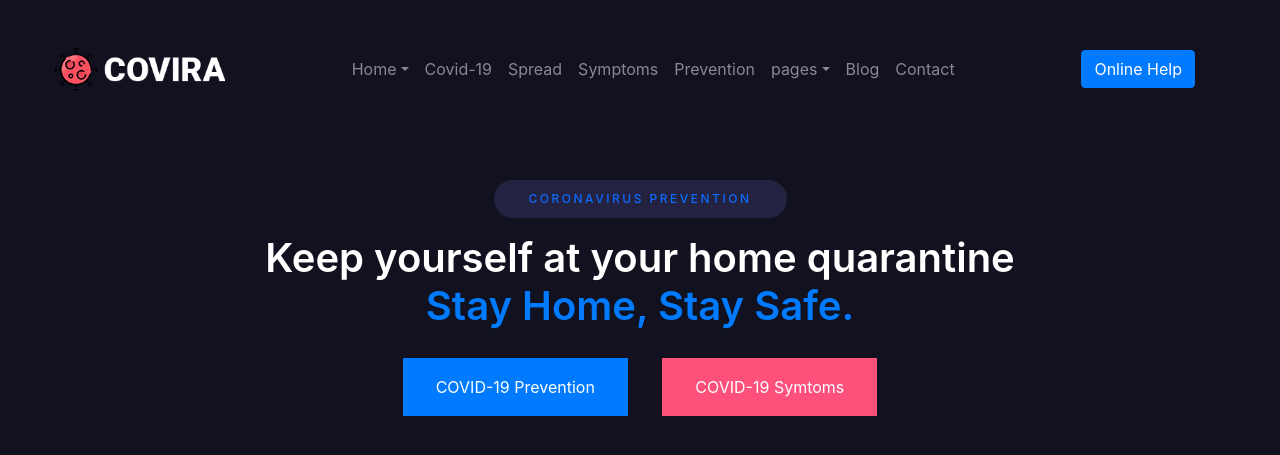
Repository: sitikhusushan/corona_updates
Page: index.html
The author's editor kept a copy of each file at every save. The page is drawn from the files as they stood at one save, then again after the next save.
The browser window is 1280 px wide. The pictures show the whole page.
The pointer rests on the first visible `.navbar .navbar-nav .nav-item`.

Above is the page before, as saved 2020-06-05 11:18:15.

### index.html
<!DOCTYPE html>
<html lang="en">
  <head>
    <meta charset="UTF-8" />
    <meta name="viewport" content="width=device-width, initial-scale=1.0" />
    <link rel="stylesheet" href="css/bootstrap.css" />
    <link rel="stylesheet" href="style.css" />
    <title>Covid-19</title>
  </head>
  <body>
    <header>
      <nav class="navbar navbar-expand-lg navbar-dark fix">
        <div class="container">
          <a class="logo" href="">
            <img src="image/logo-white.png" alt="coronavirus_logo"
          /></a>
          <!-- <div class="row">
          <div class="col-md-2 col-sm-2">
            <img src="image/logo-white.png" alt="coronavirus_logo" />
          </div>
          <div class="col-md-1 col-sm">
            <div class="dropdown">
              <button
                type="button"
                class="btn btn-danger dropdown-toggle"
                data-toggle="dropdown"
              >
                Home
              </button>
              <div class="dropdown-menu">
                <a class="dropdown-item" href="#">akjf</a>
                <a class="dropdown-item" href="#">alkdf</a>
                <a class="dropdown-item" href="#">akfjl</a>
                <a class="dropdown-item" href="#">ahdfjk</a>
                <a class="dropdown-item" href="#">ajlkdf</a>
                <a class="dropdown-item" href="#">kjahdf</a>
              </div>
            </div>
          </div>
          <div class="col-md-1 col-sm">
            COVID-19
          </div>
          <div class="col-md-1 col-sm">
            Spread
          </div>
          <div class="col-md-1 col-sm">
            Symptoms
          </div>
          <div class="col-md-1 col-sm">
            Prevention
          </div>
          <div class="col-md-1 col-sm">
            <div class="dropdown">
              <button
                type="button"
                class="btn btn-danger dropdown-toggle"
                data-toggle="dropdown"
              >
                Pages
              </button>
              <div class="dropdown-menu">
                <a class="dropdown-item" href="#"></a>
                <a class="dropdown-item" href="#"></a>
                <a class="dropdown-item" href="#"></a>
                <a class="dropdown-item" href="#"></a>
              </div>
            </div>
          </div>
          <div class="col-md-1 col-sm">Blog</div>
          <div class="col-md-1 col-sm">Contact</div>
          <div class="col-md-2 col-sm-2">
            <button class="btn btn-primary" type="button">Online Help</button>
          </div>
        </div> -->
          <div class="collapse navbar-collapse ">
            <ul class="navbar-nav mx-auto">
              <li class="nav-item dropdown">
                <a class="nav-link dropdown-toggle" href="#" data-toggle="dropdown" aria-expanded="false">Home</a>
                <div class="dropdown-menu">
                  <a class="dropdown-item" href="#">Home one</a>
                  <a class="dropdown-item" href="#">Home one dark</a>
                  <a class="dropdown-item" href="#">Home two</a>
                  <a class="dropdown-item" href="#">Home two dark</a>
                  <a class="dropdown-item" href="#">Home three</a>
                  <a class="dropdown-item" href="#">Home three dark</a>
                </div>
              </li>
              <li class="nav-item">
                <a class="nav-link" href="#">Covid-19</a>
              </li>
              <li class="nav-item">
                <a class="nav-link" href="#">Spread</a>
              </li>
              <li class="nav-item">
                <a class="nav-link" href="#">Symptoms</a>
              </li>
              <li class="nav-item">
                <a class="nav-link" href="#">Prevention</a>
              </li>
              <li class="nav-item dropdown">
                <a
                  class="nav-link dropdown-toggle"
                  href="#"
                  data-toggle="dropdown"
                  aria-expanded="false"
                  >pages</a
                >
                <div class="dropdown-menu">
                  <a class="dropdown-item" href="#">Blog</a>
                  <a class="dropdown-item" href="#">Article</a>
                  <a class="dropdown-item" href="#">Contact</a>
                  <a class="dropdown-item" href="#">Outbrek news</a>
                </div>
              </li>
              <li class="nav-item">
                <a class="nav-link" href="#">Blog</a>
              </li>
              <li class="nav-item">
                <a class="nav-link" href="#">Contact</a>
              </li>
            </ul>
          </div>
          <a class="onlinehelp" href="">
            <i class="fas fa-headset"></i>
            <button class="btn btn-primary" type="button">Online Help</button>
          </a>
        </div>
      </nav>
    </header>
    <div class="banner">
      <div class="container">
        <div class="prevention">
          <p class="pre">CORONAVIRUS PREVENTION</p>
          <h1>
            Keep yourself at your home quarantine <br />
            <span class="text-primary"> Stay Home, Stay Safe.</span>
          </h1>
          <div class="button">
            <!-- <div class="col-md-6">
              <button class="btn btn-primary" type="button">
                COVID-19 Prevention
              </button>
            </div>
            <div class="col-md">
              <button class="btn btn-danger" type="button">
                COVID-19 Symtoms
              </button> -->
              <a href="" class="btn btn-lg btn-primary">COVID-19 Prevention</a>
              <a href="" class="btn btn-lg btn-pink">COVID-19 Symtoms</a>
            </div>
          </div>
        </div>
      </div>
    </div>
  </body>
</html>
<script src="https://code.jquery.com/jquery-3.5.1.js"></script>
<script src="js/bootstrap.js"></script>

### style.css
body {
  background-color: #111120;
  /* color: #939fb2; */
}

.container {
  max-width: 1200px;
}

.fix {
  position: fixed;
  top: 0;
  right: 0;
  left: 0;
  /* z-index: 1030; */
  background-color: #111120;
  padding: 40px 0px;
}

.navbar .navbar-nav .nav-item a.nav-link:hover {
  color: hotpink;
}

.navbar .navbar-nav .nav-item .dropdown-menu a.dropdown-item:hover {
  background-color: hotpink;
}

.dropdown-menu {
  display: none;
  position: absolute;
  background-color: hotpink;
  z-index: 1;
}

.navbar .navbar-nav .nav-item:hover .dropdown-menu.dropdown-item {
  display: block;
}

.nav-item .nav-link a {
  font-weight: 500;
  padding: 8px 16px;
  margin-left: 2px;
  margin-right: 2px;
}

nav .container .logo img {
  max-width: 170px;
}

.banner {
  height: 100%;
  text-align: center;
  padding-top: 180px;
}

h1 {
  color: white;
  font-weight: 600;
  margin-bottom: 28px;
}

.btn-pink {
  color: white;
  background-color: #ff4f7b;
  border-color: #ff4f7b;
}

.btn-lg {
  padding: 1rem 2rem;
  font-size: 1rem;
  border-radius: 0px;
}

.btn-primary {
  margin-right: 30px;
}

.pre {
  font-size: 0.75rem;
  font-weight: 500;
  line-height: 1;
  letter-spacing: 2.5px;
  display: inline-block;
  border-radius: 800px;
  border: #232341 solid;
  background-color: #232341;
  color: #0d6bff;
  padding: 10px 32px;
  margin-bottom: 16px;
}

@font-face {
  font-family: "Barlow";
  src: url("font/Barlow-Black.woff2") format("woff2"),
    url("font/Barlow-Black.woff") format("woff"),
    url("font/Barlow-Black.svg#Barlow-Black") format("svg");
  font-weight: 900;
  font-style: normal;
}

@font-face {
  font-family: "Barlow";
  src: url("font/Barlow-Light.woff2") format("woff2"),
    url("font/Barlow-Light.woff") format("woff"),
    url("font/Barlow-Light.svg#Barlow-Light") format("svg");
  font-weight: 300;
  font-style: normal;
}

@font-face {
  font-family: "Barlow";
  src: url("font/Barlow-Medium.woff2") format("woff2"),
    url("font/Barlow-Medium.woff") format("woff"),
    url("font/Barlow-Medium.svg#Barlow-Medium") format("svg");
  font-weight: 500;
  font-style: normal;
}

@font-face {
  font-family: "Barlow";
  src: url("font/Barlow-ExtraBold.woff2") format("woff2"),
    url("font/Barlow-ExtraBold.woff") format("woff"),
    url("font/Barlow-ExtraBold.svg#Barlow-ExtraBold") format("svg");
  font-weight: 800;
  font-style: normal;
}

@font-face {
  font-family: "Barlow";
  src: url("font/Barlow-SemiBold.woff2") format("woff2"),
    url("font/Barlow-SemiBold.woff") format("woff"),
    url("font/Barlow-SemiBold.svg#Barlow-SemiBold") format("svg");
  font-weight: 600;
  font-style: normal;
}

@font-face {
  font-family: "Barlow";
  src: url("font/Barlow-Regular.woff2") format("woff2"),
    url("font/Barlow-Regular.woff") format("woff"),
    url("font/Barlow-Regular.svg#Barlow-Regular") format("svg");
  font-weight: normal;
  font-style: normal;
}

@font-face {
  font-family: "Barlow";
  src: url("font/Barlow-Thin.woff2") format("woff2"),
    url("font/Barlow-Thin.woff") format("woff"),
    url("font/Barlow-Thin.svg#Barlow-Thin") format("svg");
  font-weight: 100;
  font-style: normal;
}

@font-face {
  font-family: "Barlow";
  src: url("font/Barlow-Bold.woff2") format("woff2"),
    url("font/Barlow-Bold.woff") format("woff"),
    url("font/Barlow-Bold.svg#Barlow-Bold") format("svg");
  font-weight: bold;
  font-style: normal;
}

@font-face {
  font-family: "Barlow";
  src: url("font/Barlow-ExtraLight.woff2") format("woff2"),
    url("font/Barlow-ExtraLight.woff") format("woff"),
    url("font/Barlow-ExtraLight.svg#Barlow-ExtraLight") format("svg");
  font-weight: 200;
  font-style: normal;
}

Loaded but not shown: css/bootstrap.css (library); js/bootstrap.js (library)

After the next save:
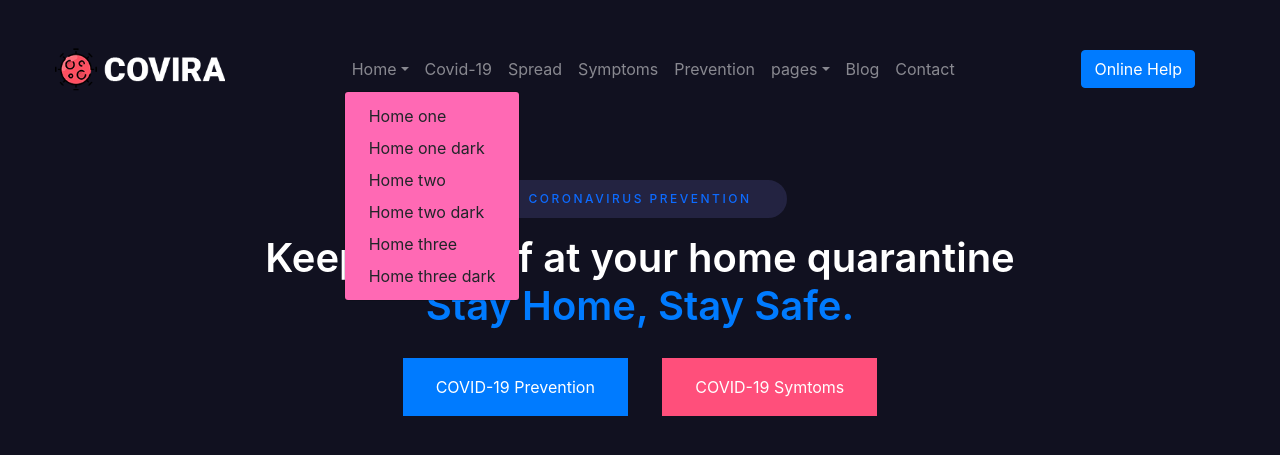
Saved 30 s later.
--- a/style.css
+++ b/style.css
@@ -32,7 +32,7 @@ body {
   z-index: 1;
 }
 
-.navbar .navbar-nav .nav-item:hover .dropdown-menu.dropdown-item {
+.navbar .navbar-nav .nav-item:hover .dropdown-menu {
   display: block;
 }
 
